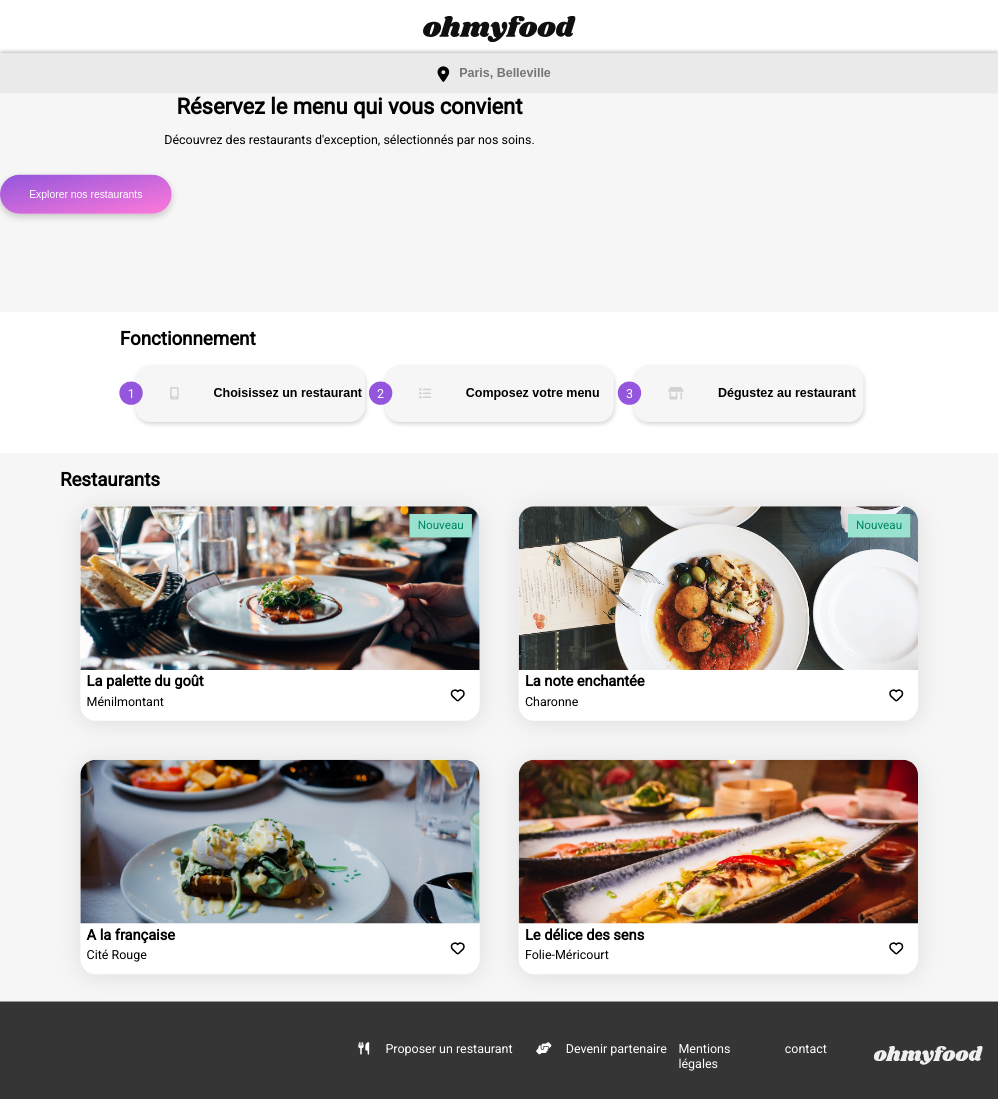
Repository: ByteVoyageur/OC-P4
Page: index.html
The author's editor kept a copy of each file at every save. The page is drawn from the files as they stood at one save, then again after the next save.
The browser window is 1280 px wide. The pictures show the whole page, at 78% of full size.
Some web fonts or font styles are not loaded; a fallback is used. The style sheet was rebuilt from its Sass, Less or Tailwind sources for each picture, by a compiler version that may differ from the author's.

Above is the page before, as saved 2023-09-28 14:33:14.

### index.html
<!DOCTYPE html>
<html lang="fr">

<head>
    <meta charset="UTF-8">
    <meta name="viewport" content="width=device-width, initial-scale=1.0">
    <title>Ohmyfood</title>
    <link rel="stylesheet" href="https://cdnjs.cloudflare.com/ajax/libs/font-awesome/6.2.1/css/all.min.css">
    <link rel="preconnect" href="https://fonts.googleapis.com">
    <link rel="preconnect" href="https://fonts.gstatic.com" crossorigin>
    <link href='https://fonts.googleapis.com/css?family=Roboto' rel='stylesheet'>
    <link href="https://fonts.googleapis.com/css2?family=Shrikhand&display=swap" rel="stylesheet">
    <link href="https://fonts.googleapis.com/css2?family=Bebas+Neue&display=swap" rel="stylesheet">
    <link rel="stylesheet" href="assets/css/style.css">
</head>

<body>
    <div class="promo-bouncer-animation">
        <div class="bouncer">
            <div></div>
            <div></div>
            <div></div>
        </div>
        <div class="promo-text">
            Profitez de <span class="highlight">50%</span> de réduction sur votre première commande !
        </div>
    </div>
    <div class="main-container">
        <header>
            <div class="logo">
                <img src="assets/images/logo/ohmyfood@2x.svg" alt="logo">
            </div>
            <form action="#" class="search-form">
                <i class="fa-solid fa-location-dot location-icon fa-lg"></i>
                <input type="text" name="search" placeholder="Paris, Belleville" class="search-input">
            </form>
        </header>
        <main>
            <section class="restaurants-intro">
                <h1>Réservez le menu qui vous convient</h1>
                <p>Découvrez des restaurants d'exception, sélectionnés par nos soins.</p>
                <button class="btn-exploration">Explorer nos restaurants</button>
            </section>

            <div class="fonctionnement">
                <h2>Fonctionnement</h2>
                <div class="steps-container">
                    <div class="step">
                        <span>1</span>
                        <button>
                            <i class="fa-solid fa-mobile-screen"></i>
                            <span>Choisissez un restaurant</span>
                        </button>
                    </div>
                    <div class="step">
                        <span>2</span>
                        <button>
                            <i class="fa-solid fa-list"></i>
                            <span>Composez votre menu</span>
                        </button>
                    </div>
                    <div class="step">
                        <span>3</span>
                        <button>
                            <i class="fa-solid fa-shop"></i>
                            <span>Dégustez au restaurant</span>
                        </button>
                    </div>
                </div>
            </div>

            <section class="restaurants-list">
                <h2>Restaurants</h2>
                <div class="restaurants-cards">
                    <a href="restaurants/laPaletteDuGout.html">
                        <article class="card">
                            <div class="card-image">
                                <img src="assets/images/restaurants/jay-wennington-N_Y88TWmGwA-unsplash.jpg"
                                    alt="restaurant">
                                <span class="card-tag">Nouveau</span>
                            </div>
                            <div class="card-content">
                                <div class="card-txt">
                                    <h3>La palette du goût</h3>
                                    <p>Ménilmontant</p>
                                </div>
                                <div class="card-rating">
                                    <i class="fa-solid fa-heart"></i>
                                </div>
                            </div>
                        </article>
                    </a>
                    <a href="restaurants/laNoteEnchantee.html">
                        <article class="card">
                            <div class="card-image">
                                <img src="assets/images/restaurants/stil-u2Lp8tXIcjw-unsplash.jpg" alt="restaurant">
                                <span class="card-tag">Nouveau</span>
                            </div>
                            <div class="card-content">
                                <div class="card-txt">
                                    <h3>La note enchantée</h3>
                                    <p>Charonne</p>
                                </div>
                                <div class="card-rating">
                                    <i class="fa-solid fa-heart"></i>
                                </div>
                            </div>
                        </article>
                    </a>
                    <a href="restaurants/aLaFrancaise.html">
                        <article class="card">
                            <div class="card-image">
                                <img src="assets/images/restaurants/toa-heftiba-DQKerTsQwi0-unsplash.jpg"
                                    alt="restaurant">
                            </div>
                            <div class="card-content">
                                <div class="card-txt">
                                    <h3>A la française</h3>
                                    <p>Cité Rouge</p>
                                </div>
                                <div class="card-rating">
                                    <i class="fa-solid fa-heart"></i>
                                </div>
                            </div>
                        </article>
                    </a>
                    <a href="restaurants/leDeliceDesSens.html">
                        <article class="card">
                            <div class="card-image">
                                <img src="assets/images/restaurants/louis-hansel-shotsoflouis-qNBGVyOCY8Q-unsplash.jpg"
                                    alt="restaurant">
                            </div>
                            <div class="card-content">
                                <div class="card-txt">
                                    <h3>Le délice des sens</h3>
                                    <p>Folie-Méricourt</p>
                                </div>
                                <div class="card-rating">
                                    <i class="fa-solid fa-heart"></i>
                                </div>
                            </div>
                        </article>
                    </a>
                </div>
            </section>
        </main>
        <footer>
            <div class="footer-logo">
                <img src="assets/images/logo/ohmyfood@2x.svg" alt="logo">
            </div>
            <div class=" footer-social">
                <ul>
                    <li class="proposer-un-restaurant">
                        <i class="fa-solid fa-utensils"></i>
                        <a href="#">Proposer un restaurant</a>
                    </li>
                    <li class="devenir-partenaire">
                        <i class="fa-solid fa-handshake-angle"></i>
                        <a href="#">Devenir partenaire</a>
                    </li>
                    <li><a href="#">Mentions légales</a></li>
                    <li><a href="mailto:example@example.com">contact</a></li>
                </ul>
            </div>
        </footer>
    </div>

</body>

</html>

### sass/style.scss
@import 'color';
@import 'body';
@import 'header';
@import 'footer';
@import 'animation-loading';
@import 'heart-hover-effect';
@import 'mixin';

.btn-exploration {
  @include btn-exploration-style;
  background: linear-gradient(
    175deg,
    $color-Primaire 0%,
    $color-Secondaire 100%
  );
  box-shadow: 0px 4px 10px 0px rgba(0, 0, 0, 0.2);

  &:hover {
    box-shadow: 0px 4px 20px 0px rgba(0, 0, 0, 0.2);
    transform: scale(1.05);
  }
}

.btn-exploration {
  @include btn-exploration-style;
  background: linear-gradient(
    to bottom right,
    $color-Primaire,
    $color-Secondaire
  );

  &:hover {
    background: linear-gradient(
      to bottom right,
      $color-Primaire,
      $color-Secondaire 80%
    );
    box-shadow: 0px 10px 20px rgba(0, 0, 0, 0.2);
    transform: scale(1.05);
  }
}

.restaurants-intro,
.restaurants-list {
  background-color: #f6f6f6;
  width: 100%;
  flex-direction: column;
}

.restaurants-intro {
  height: 350px;
  color: black;

  h1 {
    width: 70%;
    font-size: 1.75em;
    font-weight: bold;
    margin-bottom: 10px;
    text-align: center;
    margin-top: 0;
  }

  p {
    width: 70%;
    font-size: 1.2em;
    text-align: center;
  }
}

.fonctionnement {
  width: 100%;
  display: flex;
  flex-direction: column;

  .steps-container {
    display: flex;
    flex-direction: column;
    align-items: center;
    width: 100%;
    gap: 25px;
    margin-bottom: 50px;

    .step {
      display: flex;
      flex-direction: row;
      align-items: center;
      justify-content: center;
      width: 85%;
      position: relative;

      span:nth-child(1) {
        background-color: $color-Primaire;
        border-radius: 50%;
        color: white;
        width: 30px;
        height: 30px;
        display: flex;
        align-items: center;
        justify-content: center;
        position: absolute;
        left: -20px;
        z-index: 2;
      }
    }

    button {
      width: 100%;
      background-color: #f6f6f6;
      font-weight: bold;
      font-size: 1em;
      border-radius: 20px;
      height: 73px;
      display: flex;
      align-items: center;
      justify-content: flex-start;
      box-shadow: 1px 3px 6px rgba(0, 0, 0, 0.16);
      gap: 15%;
      padding: 0;
      border: none;
      cursor: pointer;
      position: relative;
      z-index: 1;

      &:hover i {
        color: $color-Primaire;
      }

      i {
        color: #d2d2d2;
        padding-left: 15%;
      }

      span {
        text-align: center;
      }
    }
  }
}

h2 {
  margin-left: 6%;
}

.restaurants-cards {
  @include flex-center;
  flex-wrap: wrap;
  gap: 20px;
}

a {
  color: black;
  text-decoration: none;
  width: 90%;
  height: auto;
  display: flex;
  flex-direction: column;

  .card {
    @include card-style;

    img {
      width: 100%;
      height: 210px;
      object-fit: cover;
      border-top-left-radius: 20px;
      border-top-right-radius: 20px;
      position: relative;
    }

    span {
      position: absolute;
      width: 80px;
      height: 30px;
      top: 10px;
      right: 10px;
      background-color: $color-Tertiaire;
      color: #008766;
      font-size: 15px;
      padding: 5px;
      text-align: center;
    }

    .card-content {
      display: flex;
      flex-direction: row;
      justify-content: space-between;

      .card-rating {
        margin-right: 10px;
        margin-top: 10px;
      }

      .card-txt {
        display: flex;
        flex-direction: column;
        gap: 5px;
        margin-left: 8px;
        margin-bottom: 15px;

        h3 {
          margin: 0;
        }

        p {
          margin: 0;
        }
      }
    }
  }
}

@media (min-width: 1024px) {
  .restaurants-intro {
    height: 280px;

    p {
      font-size: medium;
    }

    .btn-exploration {
      width: 220px;
    }
  }

  .fonctionnement {
    flex-direction: column;
    justify-content: center;

    h2 {
      margin-left: 12%;
    }

    .steps-container {
      display: flex;
      flex-direction: row;
      justify-content: center;
      margin-bottom: 40px;

      .step {
        flex-direction: row;
        width: 23%;
      }
    }
  }

  .restaurants-list {
    .restaurants-cards {
      flex-direction: row;
      gap: 50px;
      margin-bottom: 35px;

      a {
        width: 40%;
      }
    }
  }
}

### sass/color.scss
$color-Primaire: #9356dc;
$color-Secondaire: #ff79da;
$color-Tertiaire: #99e2d0;

### sass/body.scss
* {
  box-sizing: border-box;
}
html,
body {
  margin: 0;
  padding: 0;
  background-color: #ffffff;
  font-family: 'Roboto', sans-serif;
}

body {
  .main-container {
    margin: 0;
    padding: 0;
    display: flex;
    flex-direction: column;
    align-items: center;
    justify-content: center;

    main {
      display: flex;
      flex-direction: column;
      align-items: center;
      justify-content: center;
      width: 100%;
    }
  }
}

### sass/header.scss
header {
  width: 100%;
  height: 120px;
  background-color: white;
  display: flex;
  flex-direction: column;
  justify-content: center;
  align-items: center;
  .logo {
    margin-top: 20px;
    margin-bottom: 10px;
  }
  .search-form {
    width: 100%;
    height: 60px;
    background-color: #eaeaea;
    display: flex;
    justify-content: center;
    align-items: center;
    box-shadow: 0px -2px 4px rgba(0, 0, 0, 0.2);
    .location-icon {
      margin-right: 10px;
    }

    .search-input {
      font-size: 1em;
      font-weight: bold;
      border: none;
      background-color: transparent;
      width: auto;
      max-width: 15ch;
      border: 1px solid transparent;
      &:focus {
        outline: none;
        border: none;
      }
    }
  }
}

### sass/footer.scss
footer {
  width: 100%;
  background-color: #353535;
  display: flex;
  flex-direction: column;
  justify-content: flex-start;
  align-items: flex-start;
  padding: 20px;

  i {
    color: white;
  }

  .footer-social {
    display: flex;
    flex-direction: column;
    align-items: flex-start;
    gap: 15px;
    margin-top: 5px;

    ul {
      list-style-type: none;
      padding: 0;
      li {
        display: flex;
        flex-direction: row;
        gap: 20px;
        align-items: baseline;

        .fa-solid,
        .fas {
          width: 18px;
        }
        .my-custom-icon {
          font-size: 16px;
        }
      }
      gap: 5px;
    }

    a {
      color: white;
      text-decoration: none;
      font-size: 1em;
      margin-top: 10px;
      &:hover {
        text-decoration: underline;
      }
    }
  }
}
.footer-logo img {
  filter: invert(1);
}

@media (min-width: 1024px) {
  footer {
    flex-direction: row-reverse;
    align-items: center;
    gap: 50px;
    img {
      margin-top: 18px;
      width: 140px;
      height: 30px;
    }
    ul {
      display: flex;
      flex-direction: row;
      li {
        gap: 10px;
        a {
          margin-right: 10px;
        }
      }

      .fa-solid {
        margin-left: 12px;
      }
    }
  }
}

### sass/animation-loading.scss
@import 'color';
@import 'mixin';

.promo-bouncer-animation {
  position: fixed;
  top: 0;
  left: 0;
  width: 100%;
  height: 100%;
  background-color: $color-Primaire;
  animation: fadeOut 3.5s cubic-bezier(0.5, 0, 0.5, 0.2) forwards;
  z-index: 10;
  pointer-events: none;
}

.promo-text {
  font-family: 'Bebas Neue', sans-serif;
  font-size: 3em;
  text-shadow: 4px 4px 8px rgba(0, 0, 0, 0.6);
  color: white;
  position: absolute;
  top: 40%;
  left: 50%;
  transform: translate(-50%, -50%);
  z-index: 11;
}

.promo-text .highlight {
  font-size: 2em;
}

.content {
  opacity: 0;
  transition: opacity 1s;
  position: relative;
}

@keyframes fadeOut {
  0% {
    opacity: 1;
  }
  100% {
    opacity: 0;
    height: 100%;
    width: 100%;
  }
}

@keyframes highlightPulse {
  0%,
  100% {
    font-size: 2em;
  }
  50% {
    font-size: 2.5em;
  }
}

.promo-text .highlight {
  font-size: 2em;
  display: inline-block;
  animation: highlightPulse 2s;
}

@keyframes bounce {
  0%,
  20%,
  50%,
  80%,
  100% {
    transform: translateY(0);
  }
  40% {
    transform: translateY(-150%);
  }
  60% {
    transform: translateY(-75%);
  }
}

.bouncer {
  display: flex;
  justify-content: space-between;
  position: absolute;
  top: 20%;
  left: 50%;
  transform: translateX(-50%);
  width: 100px;
  margin: 0 auto;
}

.bouncer div {
  width: 20px;
  height: 20px;
  background-color: #ece2e2;
  border-radius: 100%;
  animation: bounce 1.5s infinite ease-in-out;
}

.bouncer div:nth-child(2) {
  animation-delay: -0.4s;
}

.bouncer div:nth-child(3) {
  animation-delay: -0.8s;
}

### sass/mixin.scss
@mixin btn-exploration-style {
  border-radius: 40px;
  color: white;
  height: 50px;
  width: 58%;
  border: none;
  margin-top: 20px;
  transition: all 0.3s ease-in-out;
}

@mixin flex-center {
  display: flex;
  justify-content: center;
  align-items: center;
}

@mixin card-style {
  width: 100%;
  display: flex;
  flex-direction: column;
  background-color: white;
  border-radius: 20px;
  filter: drop-shadow(0px 3px 15px rgba(0, 0, 0, 0.1));
  transition: all 0.2s;
}

@mixin ellipsis {
  overflow: hidden;
  text-overflow: ellipsis;
  white-space: nowrap;
}

### sass/heart-hover-effect.scss
@import 'color';

.fa-heart {
  color: transparent;
  -webkit-text-stroke: 2px black;
  padding: 10px;
}

.fa-heart:hover {
  -webkit-text-stroke: 0 black;
  animation: display-coeur 2s ease forwards;
}

@keyframes display-coeur {
  0% {
    transform: scale(0.7);
    color: transparent;
  }

  50% {
    transform: scale(1.5);
    -webkit-background-clip: text;
    background-image: linear-gradient(
      to bottom right,
      $color-Primaire,
      $color-Secondaire
    );
  }
  100% {
    transform: scale(1);
    -webkit-background-clip: text;
    background-image: linear-gradient(
      to bottom right,
      $color-Primaire,
      $color-Secondaire
    );
  }
}

After the next save:
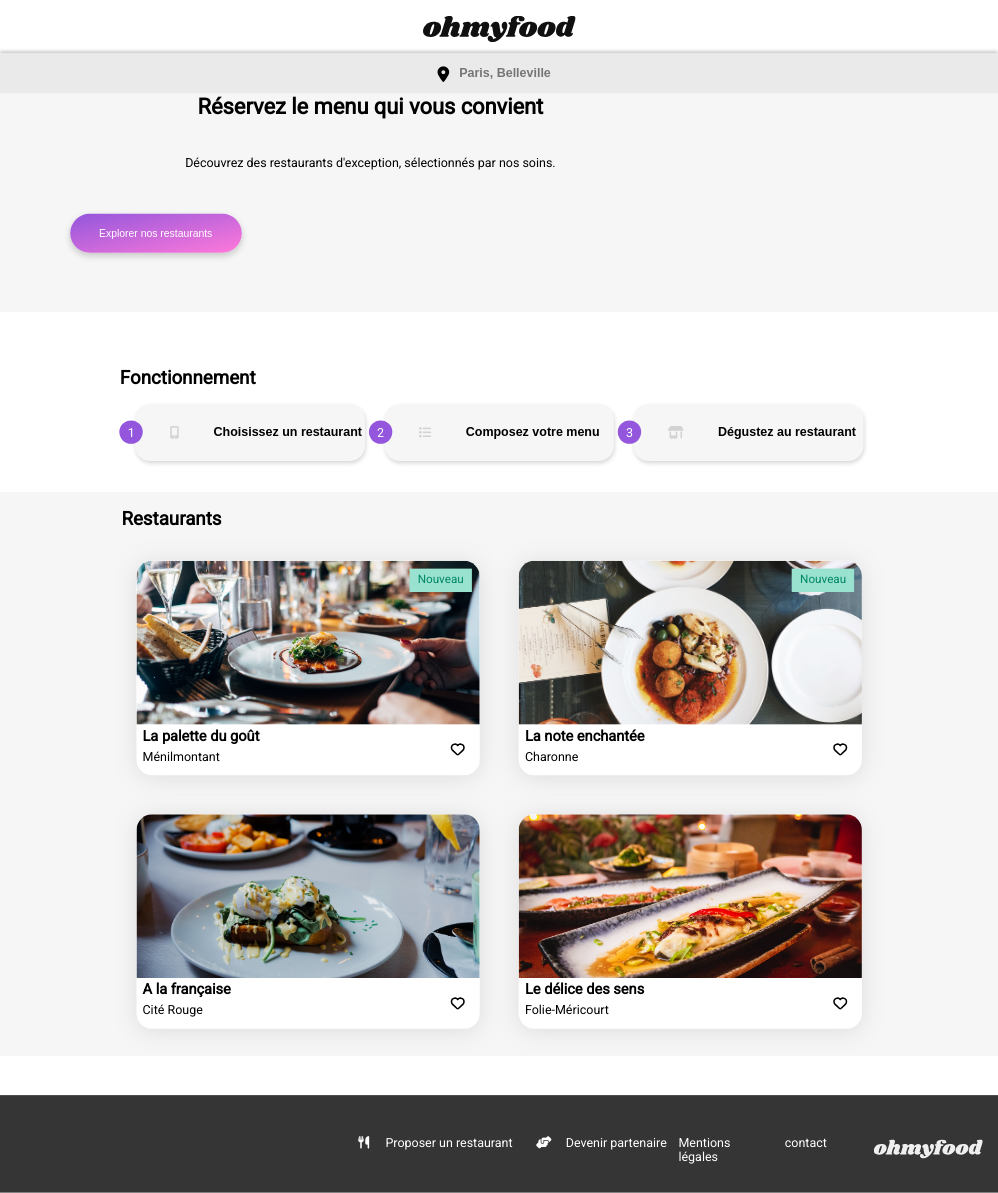
Saved 98 s later.
--- a/sass/style.scss
+++ b/sass/style.scss
@@ -42,9 +42,13 @@
 
 .restaurants-intro,
 .restaurants-list {
+  display: flex;
   background-color: #f6f6f6;
   width: 100%;
   flex-direction: column;
+  gap: 20px;
+  margin-bottom: 50px;
+  padding: 0 7%;
 }
 
 .restaurants-intro {
